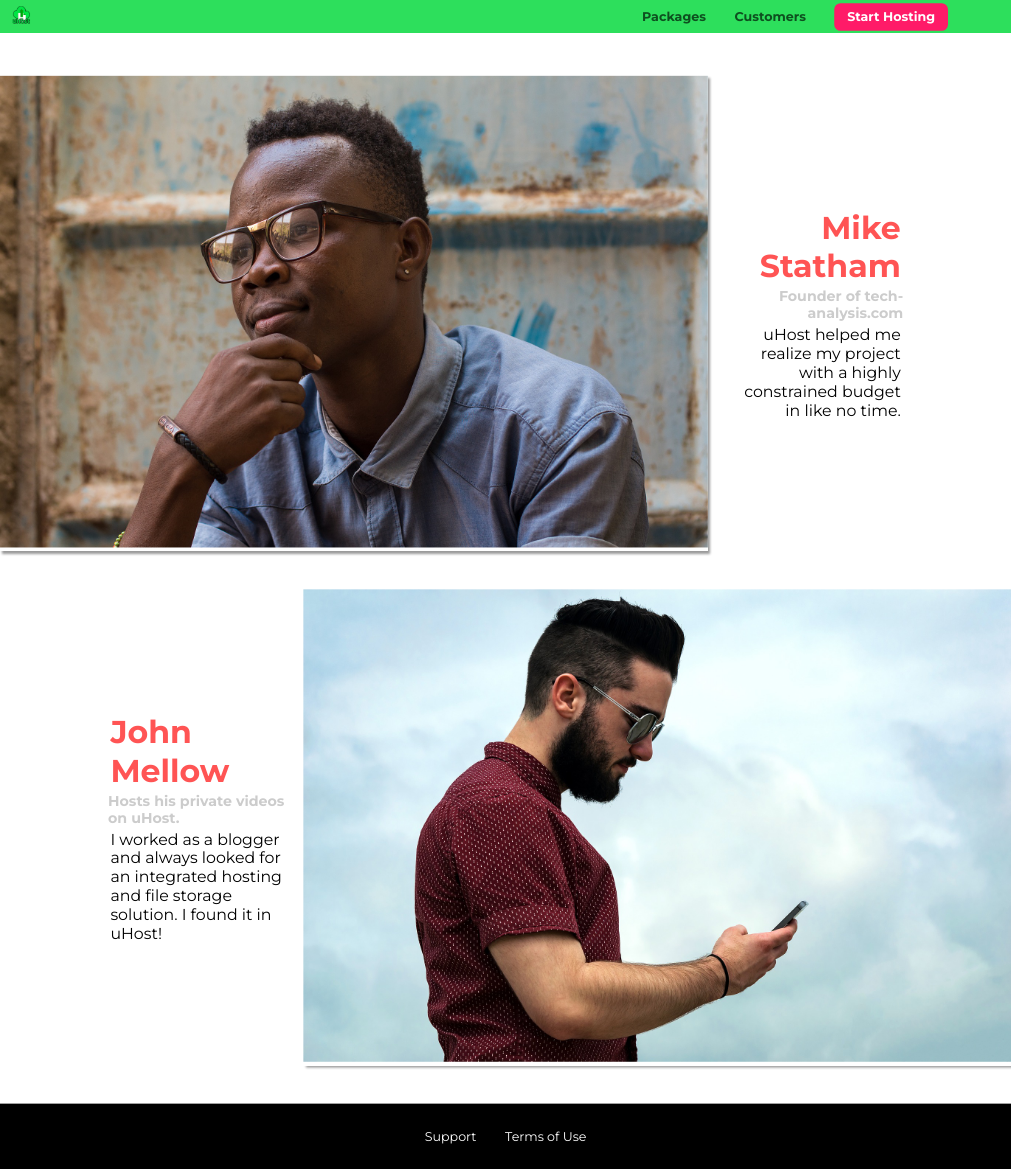
Repository: Nowacki97PL/UdemyCSS
Page: customers/index.html
An editor plug-in stored every save of this project. The page is shown before and after a run of saves, followed by the edit.
The browser window is 1280 px wide. The pictures show the whole page, at 79% of full size.

Above is the page before, as saved 2023-11-12 13:32:54.

### customers/index.html
<!DOCTYPE html>
<html lang="en">

<head>
    <meta charset="UTF-8">
    <meta name="viewport" content="width=device-width, initial-scale=1.0">
    <meta http-equiv="X-UA-Compatible" content="ie=edge">
    <title>uHost Customers</title>
    <link rel="shortcut icon" href="../favicon.png">
    <link href="https://fonts.googleapis.com/css?family=Anton|Montserrat:400,700" rel="stylesheet">
    <link rel="stylesheet" href="customers.css">
    <link rel="stylesheet" href="../shared.css">
    <link rel="stylesheet" href="../main.css">
</head>

<body>
    <header class="main-header">
        <div>
            <a href="../index.html" class="main-header__brand">
                <img src="../images/uhost-icon.png" alt="logo">
            </a>
        </div>
        <nav class="main-nav">
            <ul class="main-nav__items">
                <li class="main-nav__item">
                    <a href="packages/index.html">Packages</a>
                </li>
                <li class="main-nav__item">
                    <a href="customers/index.html">Customers</a>
                </li>
                <li class="main-nav__item main-nav__item--cta">
                    <a href="start-hosting/index.html">Start Hosting</a>
                </li>
            </ul>
        </nav>
    </header>

    <main>
        <div>
            <div class="testimonial" id="customer-1">
                <div class="testimonial__image-container">
                    <img src="../images/customer-1.jpg" alt="Mike Statham - Customer" class="testimonial__image">
                </div>
                <div class="testimonial__info">
                    <h1 class="testimonial__name">Mike Statham</h1>
                    <h2 class="testimonial__subtitle">Founder of
                        <a href="tech-analysis.com">tech-analysis.com</a>
                    </h2>
                    <p class="testimonial__text">uHost helped me realize my project with a highly constrained budget in like no time.</p>
                </div>
            </div>
            <div class="testimonial" id="customer-2">

                <div class="testimonial__info">
                    <h1 class="testimonial__name">John Mellow</h1>
                    <h2 class="testimonial__subtitle">Hosts his private videos on uHost.
                    </h2>
                    <p class="testimonial__text">I worked as a blogger and always looked for an integrated hosting and file storage solution. I found
                        it in uHost!
                    </p>
                </div>
                <div class="testimonial__image-container">
                    <img src="../images/customer-2.jpg" alt="John Mellow - Customer" class="testimonial__image">
                </div>
            </div>
        </div>
    </main>
    <footer class="main-footer">
        <nav>
            <ul class="main-footer__links">
                <li class="main-footer__link">
                    <a href="#">Support</a>
                </li>
                <li class="main-footer__link">
                    <a href="#">Terms of Use</a>
                </li>
            </ul>
        </nav>
    </footer>
</body>

</html>

### customers/customers.css
.testimonial {
    font-size: 20px;
    margin: 48px 0;
  }

  .testimonial__list {
    width: 80%;
    margin: auto;
  }

  .testimonial:first-of-type {
    margin-top: 96px;
  }

  .testimonial__image-container {
    width: 70%;
    display: inline-block;
    vertical-align: middle;
    box-shadow: 3px 3px 3px rgba(0, 0,  0, 0.4);
  }

  .testimonial__image {
    width: 100%;
    al
  }

  .testimonial__info {
    text-align: right;
    padding: 14px;
    display: inline-block;
    vertical-align: middle;
    width: 20%;
  }

  #customer-2.testimonial {
    text-align: right;
  }

  #customer-2 .testimonial__info {
    text-align: left;
  }

  .testimonial__name {
    margin: 3px;
    color: #ff5454;
  }

  .testimonial__subtitle {
    margin: 0;
    font-size: 18px;
    color: #ccc;
  }

  .testimonial__subtitle a {
    color: inherit;
    text-decoration: none;
  }

  .testimonial__subtitle a:hover,
  .testimonial__subtitle a:active {
    color: #7a7a7a;
  }

  .testimonial__text {
    margin: 3px;
  }

### shared.css
* {
    box-sizing: border-box;
}

body {
    font-family: 'Montserrat', sans-serif;
    margin: 0;
}

.main-header {
    width: 100%;
    position: fixed;
    top: 0;
    left: 0;
    background: #2ddf5c;
    padding: 8px 16px;
    z-index: 1;
}

.main-header > div {
    display: inline-block;
    vertical-align: middle;
}

.main-header__brand {
    color: #0e4f1f;
    text-decoration: none;
    font-weight: bold;
    font-size: 22px;
    display: inline-block;
    height: 22px;
}

.main-header__brand img {
    height: 22px;
}

.main-nav {
    display: inline-block;
    text-align: right;
    width: calc(100% - 74px);
    vertical-align: middle;
}

.main-nav__items {
    margin: 0;
    padding: 0;
    list-style: none;
}

.main-nav__item {
    display: inline-block;
    margin: 0 16px;
}

.main-nav__item a {
    text-decoration: none;
    color: #0e4f1f;
    font-weight: bold;
    padding: 3px 0;
}

.main-nav__item a:hover,
.main-nav__item a:active {
    color: white;
    border-bottom: 5px solid white;
}

.main-nav__item--cta a {
    color: white;
    background: #ff1b68;
    padding: 8px 16px;
    border-radius: 8px;
}

.main-nav__item--cta a:hover,
.main-nav__item--cta a:active {
    color: #ff1b68;
    background: white;
    border: none;
}

.main-footer {
    background: black;
    padding: 32px;
    margin-top: 48px;
}

.main-footer__links {
    list-style: none;
    margin: 0;
    padding: 0;
    text-align: center;
}

.main-footer__link {
    display: inline-block;
    margin: 0 16px;
}

.main-footer__link a {
    color: white;
    text-decoration: none;
}

.main-footer__link a:hover,
.main-footer__link a:active {
    color: #ccc;
}

.button {
    background: #0e4f1f;
    color: white;
    font: inherit;
    border: 1.5px solid #0e4f1f;
    padding: 8px;
    border-radius: 8px;
    font-weight: bold;
    cursor: pointer;
}

.button:hover,
.button:active {
    background: white;
    color: #0e4f1f;
}

.button:focus {
    outline: none;
}

### main.css


#product-overview {
    background: url("images/freedom.jpg") left 10% bottom 80%/cover no-repeat border-box;
    width: 100%;
    height: 528px;
    padding: 10px;
    position: relative;
}

.section-title {
    color: #2ddf5c;
    text-align: center;
}

#product-overview h1 {
    color: white;
    font-family: 'Anton', sans-serif;
    position: absolute;
    bottom: 5%;
    left: 3%;
}

.plan__list {
    width: 80%;
    margin: auto;
    text-align: center;
}

.plan {
    background: #d5ffdc;
    text-align: center;
    padding: 16px;
    margin: 8px;
    display: inline-block;
    width: 30%;
    vertical-align: middle;
}

.plan--highlighted {
    background: #19b84c;
    color: white;
    box-shadow: 2px 2px 2px 2px rgba(0, 0, 0, 0.5);
}

.plan__annotation {
    background: white;
    color: #19b84c;
    padding: 8px;
    box-shadow: 2px 2px 2px 2px rgba(0, 0, 0, 0.5);
    border-radius: 8px;
}

.plan__title {
    color: #0e4f1f;
}

.plan__price {
    color: #858585;
}

.plan--highlighted .plan__title {
    color: white;
}

.plan--highlighted .plan__price {
    color: #0e4f1f;
}

.plan__features {
    list-style: none;
    margin: 0;
    padding: 0;
}

.plan__feature {
    margin: 8px 0;
}

#key-features {
    background: #ff1b68;
    margin-top: 80px;
    padding: 16px;
}

#key-features .section-title {
    color: white;
    margin: 32px;
}

.key-feature__list {
    list-style: none;
    margin: 0;
    padding: 0;
    text-align: center;
}

.key-feature {
    display: inline-block;
    width: 30%;
    vertical-align: top;
}

.key-feature__image {
    background: #ffcede;
    width: 128px;
    height: 128px;
    border: 2px solid #424242;
    border-radius: 50%;
    margin: auto;
}

.key-feature__description {
    text-align: center;
    font-weight: bold;
    color: white;
    font-size: 20px;
}

/* h1 {
    font-family: sans-serif;
} */

After the next 2 saves:
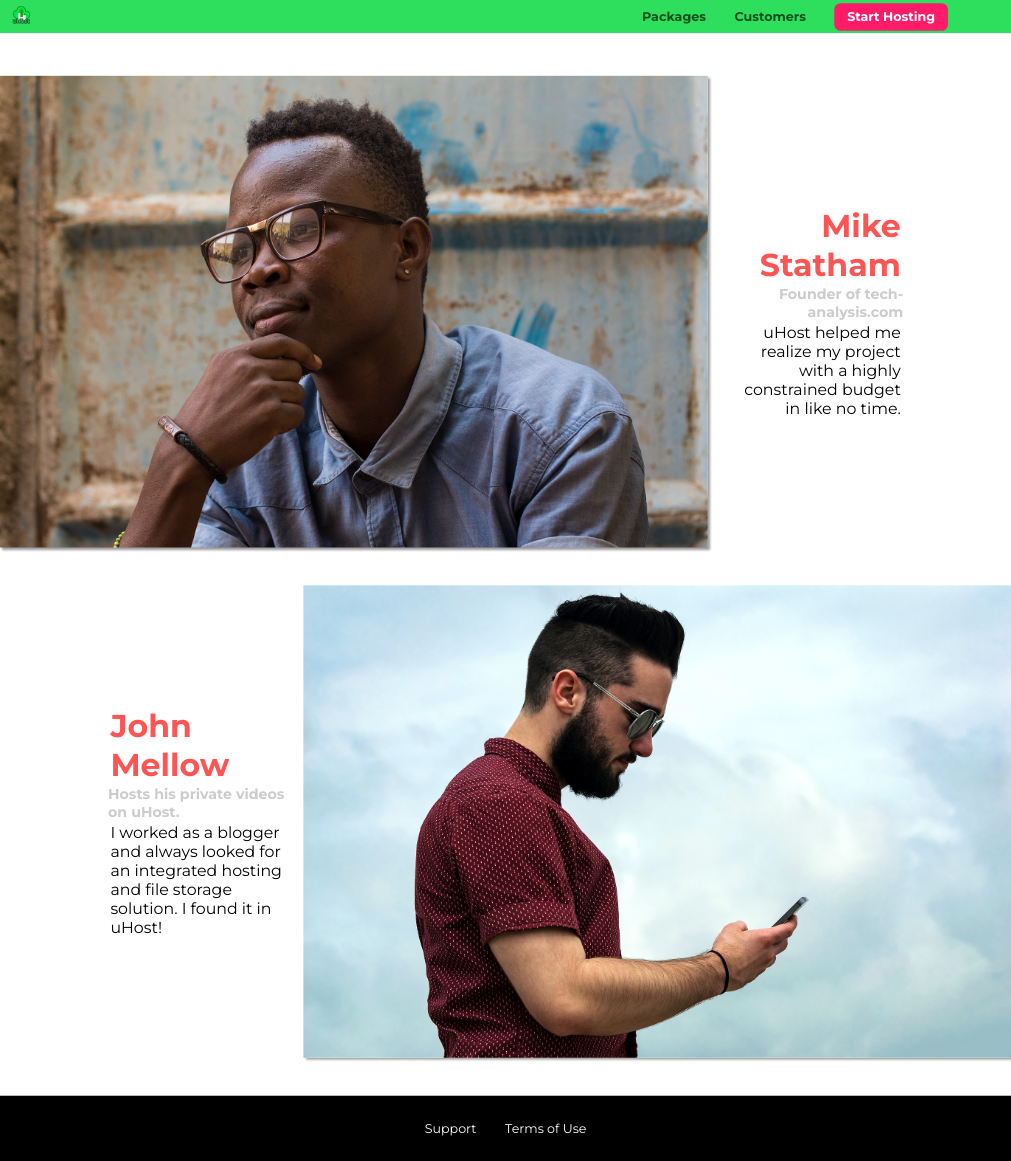
The 2 saves are shown as one change because they came seconds apart.
The last was saved 8 s later.
--- a/customers/customers.css
+++ b/customers/customers.css
@@ -21,7 +21,7 @@
 
   .testimonial__image {
     width: 100%;
-    al
+    vertical-align: top;
   }
 
   .testimonial__info {
